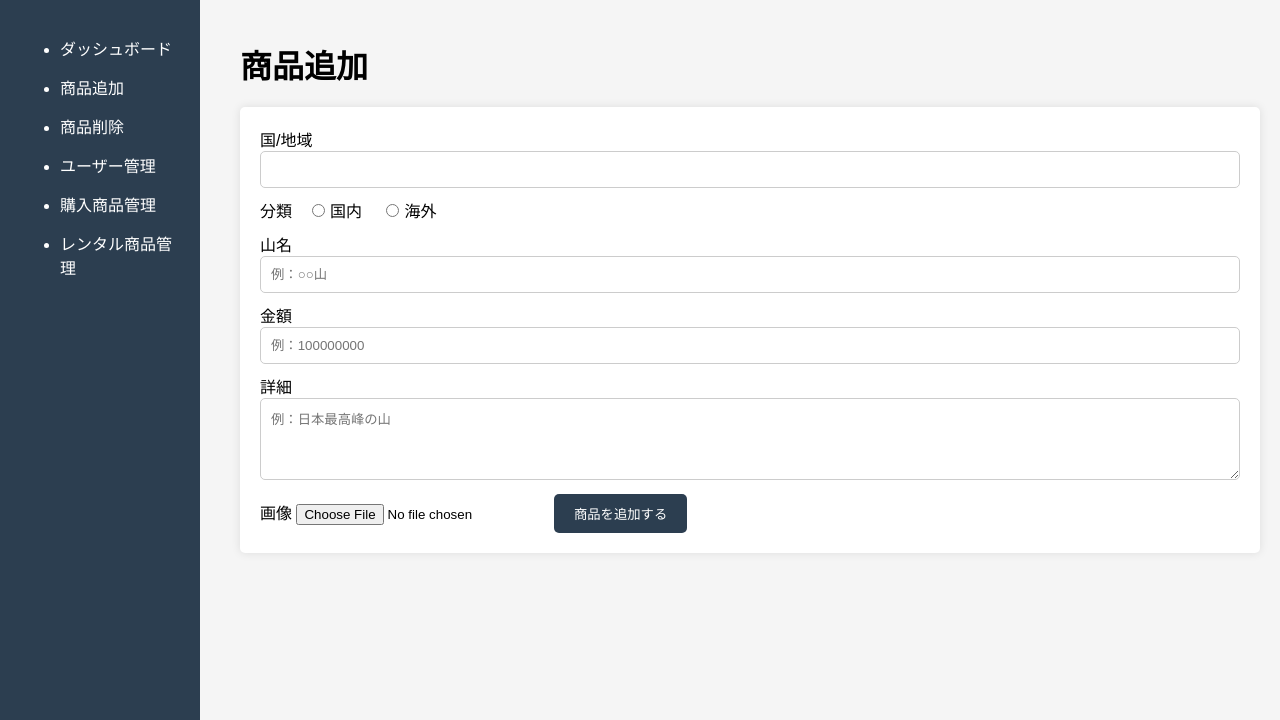
Repository: magome112/Oasis2024920
Page: http://localhost/_12_kanri.shohin.php
An editor plug-in stored every save of this project. The page is shown before and after the next save, followed by the edit.
The browser window is 1280 px wide. The pictures show the whole page.
The page is run by PHP 8.4 with error messages shown; the project is at /var/www/html/.

Above is the page before, as saved 2024-12-06 12:36:08.

### _12_kanri.shohin.php
<?php
// データベース接続設定
$host = 'mysql306.phy.lolipop.lan';
$dbname = 'LAA1602729-oasis';
$user = 'LAA1602729';
$password = 'oasis5';

try {
    $pdo = new PDO("mysql:host=$host;dbname=$dbname;charset=utf8", $user, $password);
    $pdo->setAttribute(PDO::ATTR_ERRMODE, PDO::ERRMODE_EXCEPTION);
} catch (PDOException $e) {
    echo "データベース接続エラー: " . $e->getMessage();
    exit;
}

// フォーム送信処理
if ($_SERVER['REQUEST_METHOD'] === 'POST') {
    $errors = [];

    // 必須項目のチェック
    $yama_name = trim($_POST['yama_name'] ?? '');
    $country_name = trim($_POST['country_name'] ?? '');
    $Region = $_POST['Region'] ?? null;
    $price = $_POST['price'] ?? '';
    $yama_info = trim($_POST['yama_info'] ?? '');
    $yama_img = '';

    if (empty($yama_name)) $errors[] = "山名を入力してください。";
    if (empty($country_name)) $errors[] = "国/地域を入力してください。";
    if ($Region === null) $errors[] = "分類を選択してください。";
    if (empty($price) || !is_numeric($price)) $errors[] = "金額を正しく入力してください。";
    if (empty($yama_info)) $errors[] = "詳細を入力してください。";

    // 画像のアップロード処理
    if (isset($_FILES['yama_img']) && $_FILES['yama_img']['error'] === UPLOAD_ERR_OK) {
        $upload_dir = 'uploads/';
        $yama_img = $upload_dir . basename($_FILES['yama_img']['name']);
        if (!move_uploaded_file($_FILES['yama_img']['tmp_name'], $yama_img)) {
            $errors[] = "画像アップロードに失敗しました。";
        }
    }

    // エラーがある場合は表示して処理終了
    if (!empty($errors)) {
        foreach ($errors as $error) {
            echo "<p style='color:red;'>$error</p>";
        }
        exit;
    }

    // データベースに挿入
    try {
        $stmt = $pdo->prepare("INSERT INTO Oasis_yama (yama_name, country_name, Region, price, yama_img, yama_info)
                               VALUES (:yama_name, :country_name, :Region, :price, :yama_img, :yama_info)");
        $stmt->bindParam(':yama_name', $yama_name);
        $stmt->bindParam(':country_name', $country_name);
        $stmt->bindParam(':Region', $Region);
        $stmt->bindParam(':price', $price);
        $stmt->bindParam(':yama_img', $yama_img);
        $stmt->bindParam(':yama_info', $yama_info);
        $stmt->execute();

        echo "<p style='color:green;'>商品が追加されました！</p>";
    } catch (PDOException $e) {
        echo "<p style='color:red;'>データベースエラー: " . $e->getMessage() . "</p>";
    }
}
?>

<!DOCTYPE html>
<html lang="ja">
<head>
    <meta charset="UTF-8">
    <meta name="viewport" content="width=device-width, initial-scale=1.0">
    <title>商品追加</title>
    <style>
        body {
            font-family: Arial, sans-serif;
            margin: 0;
            padding: 0;
            background-color: #f5f5f5;
        }
        .sidebar {
            width: 200px;
            background-color: #2c3e50;
            color: #fff;
            height: 100vh;
            position: fixed;
            top: 0;
            left: 0;
            padding: 20px;
            box-sizing: border-box;
        }
        .sidebar h3 {
            margin-bottom: 30px;
        }
        .sidebar a {
            color: #fff;
            text-decoration: none;
            display: block;
            margin-bottom: 15px;
        }
        .main-content {
            margin-left: 220px;
            padding: 20px;
        }
        h1 {
            margin-bottom: 20px;
        }
        form {
            background-color: #fff;
            padding: 20px;
            border-radius: 5px;
            box-shadow: 0 0 10px rgba(0, 0, 0, 0.1);
        }
        #input {
            width: 100%;
            padding: 10px;
            margin-bottom: 10px;
            border: 1px solid #ccc;
            border-radius: 5px;
            box-sizing: border-box;
        }

        .radio-group {
            display: flex; /* 横並びに整列 */
            align-items: center; /* 垂直方向の中央揃え */
            margin-bottom: 10px;
        }

        .radio-group label {
            margin-right: 20px; /* ラベルとボタン間のスペース */
            font-weight: normal; /* ラベルの太字を解除 */
        }

        .radio-group input[type="radio"] {
            margin-right: 5px; /* ラジオボタンとテキストの間隔を調整 */
            margin-left: 0; /* 不要な余白をゼロに設定 */
        }

        .radio-group span {

            margin-right: 15px;
        }

        button {
            background-color: #2c3e50;
            color: #fff;
            border: none;
            padding: 10px 20px;
            cursor: pointer;
            border-radius: 5px;
        }
        button:hover {
            background-color: #34495e;
        }
    </style>
</head>
<body>
<div class="sidebar">
    <ul>
        <li><a>ダッシュボード</a></li>
        <li><a href="_12_kanri.shohin.php">商品追加</a></li>
        <li><a href="_13_kanri.shohindel.php">商品削除</a></li>
        <li><a href="_14_kanri.user.php">ユーザー管理</a></li>
        <li><a href="_15_kanri.add.shohin.php">購入商品管理</a></li>
        <li><a href="_16_kanri.add.rental.php">レンタル商品管理</a></li>
    </ul>
</div>

<div class="main-content">
    <h1>商品追加</h1>
    <form method="POST" enctype="multipart/form-data">

        <label for="country_name">国/地域</label>
        <input type="text" name="country_name" id="input" required>

        <div class="radio-group">
            <label>分類</label>
            <span>
                <input type="radio" name="Region" value="0" id="domestic" required><label for="domestic">国内</label>
                <input type="radio" name="Region" value="1" id="overseas"><label for="overseas">海外</label>
            </span>
        </div>

        <label for="yama_name">山名</label>
        <input type="text" name="yama_name" id="input" placeholder="例：○○山" required>

        <label for="price">金額</label>
        <input type="number" name="price" id="input" placeholder="例：100000000" required>

        <label for="yama_info">詳細</label>
        <textarea name="yama_info" id="input" placeholder="例：日本最高峰の山" rows="4" required></textarea>

        <label for="yama_img">画像</label>
        <input type="file" name="yama_img" id="yama_img" accept="image/*" required>

        <button type="submit">商品を追加する</button>
    </form>
</div>
</body>
</html>

After the next save:
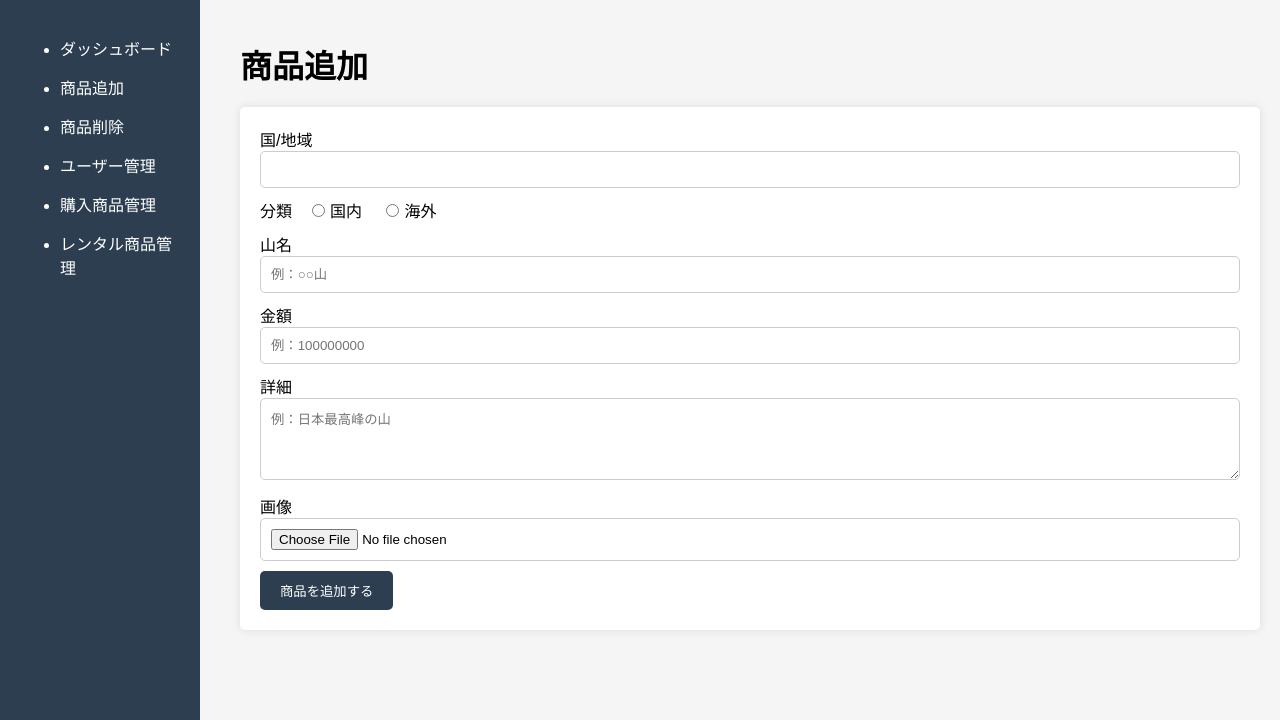
Saved 31 s later.
--- a/_12_kanri.shohin.php
+++ b/_12_kanri.shohin.php
@@ -193,7 +193,7 @@ if ($_SERVER['REQUEST_METHOD'] === 'POST') {
         <textarea name="yama_info" id="input" placeholder="例：日本最高峰の山" rows="4" required></textarea>
 
         <label for="yama_img">画像</label>
-        <input type="file" name="yama_img" id="yama_img" accept="image/*" required>
+        <input type="file" name="yama_img" id="input" accept="image/*" required>
 
         <button type="submit">商品を追加する</button>
     </form>
